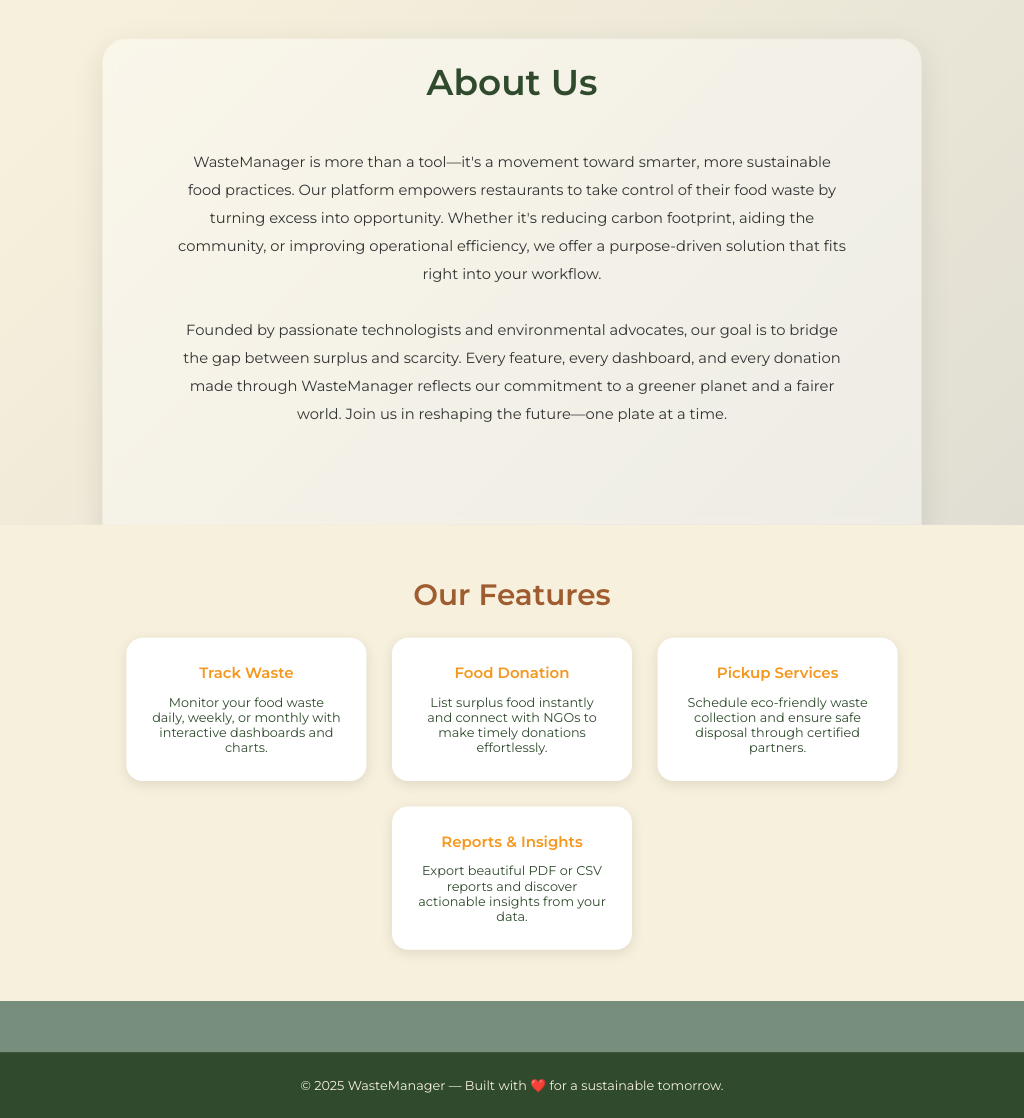
Repository: mahekagrawal25/restaurant-waste-management
Page: frontend/website_landing.html
An editor plug-in stored every save of this project. The page is shown before and after the next save, followed by the edit.
The browser window is 1280 px wide. The pictures show the part of the page from y = 609 to 2058 px (the page is 2007 px tall before and 2058 px after), at 80% of full size.
A picture or video elsewhere on the page could not be fetched, so the positions and the page height are approximate.

Above is the page before, as saved 2025-04-21 10:41:57.

### frontend/website_landing.html
<!DOCTYPE html>
<html lang="en">
<head>
  <meta charset="UTF-8"/>
  <meta name="viewport" content="width=device-width, initial-scale=1.0"/>
  <title>WasteManager | Smart Waste Solutions</title>
  <link href="https://fonts.googleapis.com/css2?family=Montserrat:wght@400;600&display=swap" rel="stylesheet"/>
  <style>
    :root {
      --forest-green: #2F4A2C;
      --sage-green: #788E7D;
      --cream: #F7F0DC;
      --terracotta: #9E5C30;
      --bright-orange: #F5971D;
    }

    * {
      margin: 0;
      padding: 0;
      box-sizing: border-box;
      scroll-behavior: smooth;
    }

    body {
      font-family: 'Montserrat', sans-serif;
      background-color: var(--sage-green);
      color: var(--forest-green);
      overflow-x: hidden;
    }

    header {
      background-color: var(--forest-green);
      color: var(--cream);
      padding: 1.5rem 3rem;
      display: flex;
      justify-content: space-between;
      align-items: center;
      position: sticky;
      top: 0;
      z-index: 999;
      box-shadow: 0 4px 10px rgba(0,0,0,0.15);
      animation: slideDown 1s ease-out forwards;
    }

    nav a {
      margin: 0 1rem;
      color: var(--cream);
      text-decoration: none;
      font-weight: 500;
      transition: color 0.3s;
    }

    nav a:hover {
      color: var(--bright-orange);
    }

    .hero {
      display: flex;
      flex-wrap: wrap;
      justify-content: center;
      align-items: center;
      background-color: var(--cream);
      padding: 4rem 2rem;
      animation: fadeIn 1.5s ease;
    }

    .hero-text {
      flex: 1 1 500px;
      padding: 2rem;
    }

    .hero-text h1 {
      font-size: 3rem;
      color: var(--terracotta);
      margin-bottom: 1rem;
    }

    .hero-text p {
      font-size: 1.2rem;
      margin-bottom: 2rem;
      color: var(--forest-green);
    }

    .cta-button {
      background-color: var(--bright-orange);
      color: white;
      padding: 1rem 2rem;
      border: none;
      border-radius: 12px;
      font-size: 1rem;
      font-weight: bold;
      cursor: pointer;
      transition: transform 0.3s ease, background-color 0.3s;
    }

    .cta-button:hover {
      background-color: var(--terracotta);
      transform: scale(1.05);
    }

    .hero-image {
      flex: 1 1 400px;
      padding: 2rem;
      animation: zoomIn 1.8s ease;
    }

    .hero-image img {
      max-width: 100%;
      border-radius: 20px;
      box-shadow: 0 8px 20px rgba(0, 0, 0, 0.15);
    }

    .about {
  background: linear-gradient(135deg, #F7F0DC 10%, #e0ded3 100%);
  padding: 6rem 2rem;
  text-align: center;
  position: relative;
  overflow: hidden;
}

.about::before {
  content: '';
  position: absolute;
  top: 10%;
  left: 50%;
  width: 80%;
  height: 100%;
  background: rgba(255, 255, 255, 0.4);
  backdrop-filter: blur(6px);
  border-radius: 30px;
  transform: translateX(-50%);
  z-index: 1;
  box-shadow: 0 10px 40px rgba(0, 0, 0, 0.1);
}

.about h2 {
  position: relative;
  z-index: 2;
  color: var(--forest-green);
  font-size: 2.8rem;
  margin-bottom: 2rem;
}

.about p {
  position: relative;
  z-index: 2;
  max-width: 900px;
  margin: auto;
  font-size: 1.15rem;
  line-height: 1.9;
  color: #333;
  padding: 1.5rem 2rem;
}


    .features {
      background-color: var(--cream);
      padding: 4rem 2rem;
      text-align: center;
      animation: fadeIn 2s ease;
    }

    .features h2 {
      color: var(--terracotta);
      margin-bottom: 2rem;
      font-size: 2.3rem;
    }

    .cards {
      display: flex;
      flex-wrap: wrap;
      justify-content: center;
      gap: 2rem;
    }

    .card {
      background-color: white;
      border-radius: 20px;
      width: 300px;
      padding: 2rem;
      box-shadow: 0 4px 16px rgba(0,0,0,0.1);
      transition: transform 0.3s, box-shadow 0.3s;
    }

    .card:hover {
      transform: translateY(-10px);
      box-shadow: 0 6px 20px rgba(0, 0, 0, 0.2);
    }

    .card h3 {
      color: var(--bright-orange);
      margin-bottom: 1rem;
    }

    .card p {
      color: var(--forest-green);
      font-size: 1rem;
    }

    footer {
      background-color: var(--forest-green);
      color: var(--cream);
      text-align: center;
      padding: 2rem 1rem;
      margin-top: 4rem;
    }

    /* Animations */
    @keyframes slideDown {
      from { transform: translateY(-100%); opacity: 0; }
      to { transform: translateY(0); opacity: 1; }
    }

    @keyframes fadeIn {
      from { opacity: 0; }
      to { opacity: 1; }
    }

    @keyframes fadeInUp {
      from { transform: translateY(50px); opacity: 0; }
      to { transform: translateY(0); opacity: 1; }
    }

    @keyframes zoomIn {
      0% { transform: scale(0.8); opacity: 0; }
      100% { transform: scale(1); opacity: 1; }
    }

    @media (max-width: 768px) {
      .hero {
        flex-direction: column-reverse;
        text-align: center;
      }

      .cards {
        flex-direction: column;
        align-items: center;
      }
    }


    .signin-btn {
  background-color: var(--bright-orange);
  padding: 0.5rem 1rem;
  border-radius: 10px;
  font-weight: 600;
  color: white;
  transition: background-color 0.3s ease;
}

.signin-btn:hover {
  background-color: var(--terracotta);
}



  </style>
</head>
<body>

  <header>
    <div class="logo"><h2>WasteManager</h2></div>
    <nav>
      <a href="#">Home</a>
      <a href="#about">About</a>
      <a href="#features">Features</a>
      <a href="#contact">Contact</a>
      <a href="#signin" class="signin-btn">Sign In</a>
    </nav>
  </header>


  <section class="hero">
    <div class="hero-text">
      <h1>Smart Waste Management for Restaurants</h1>
      <p>Track, donate, and manage food waste efficiently with our intuitive and eco-friendly platform.</p>
      <button class="cta-button">Get Started</button>
    </div>
    <div class="hero-image">
      <img src="https://images.unsplash.com/photo-1556911220-bff31c812dba" alt="Food Waste"/>
    </div>
  </section>

  <section class="about" id="about">
    <h2>About Us</h2>
    <p>
      WasteManager is more than a tool—it's a movement toward smarter, more sustainable food practices. Our platform empowers restaurants to take control of their food waste by turning excess into opportunity. Whether it's reducing carbon footprint, aiding the community, or improving operational efficiency, we offer a purpose-driven solution that fits right into your workflow.<br/><br/>
      Founded by passionate technologists and environmental advocates, our goal is to bridge the gap between surplus and scarcity. Every feature, every dashboard, and every donation made through WasteManager reflects our commitment to a greener planet and a fairer world. Join us in reshaping the future—one plate at a time.
    </p>
  </section>


  <section class="features" id="features">
    <h2>Our Features</h2>
    <div class="cards">
      <div class="card">
        <h3>Track Waste</h3>
        <p>Monitor your food waste daily, weekly, or monthly with interactive dashboards and charts.</p>
      </div>
      <div class="card">
        <h3>Food Donation</h3>
        <p>List surplus food instantly and connect with NGOs to make timely donations effortlessly.</p>
      </div>
      <div class="card">
        <h3>Pickup Services</h3>
        <p>Schedule eco-friendly waste collection and ensure safe disposal through certified partners.</p>
      </div>
      <div class="card">
        <h3>Reports & Insights</h3>
        <p>Export beautiful PDF or CSV reports and discover actionable insights from your data.</p>
      </div>
    </div>
  </section>

  <footer id="contact">
    <p>&copy; 2025 WasteManager — Built with ❤️ for a sustainable tomorrow.</p>
  </footer>

</body>
</html>

After the next save:
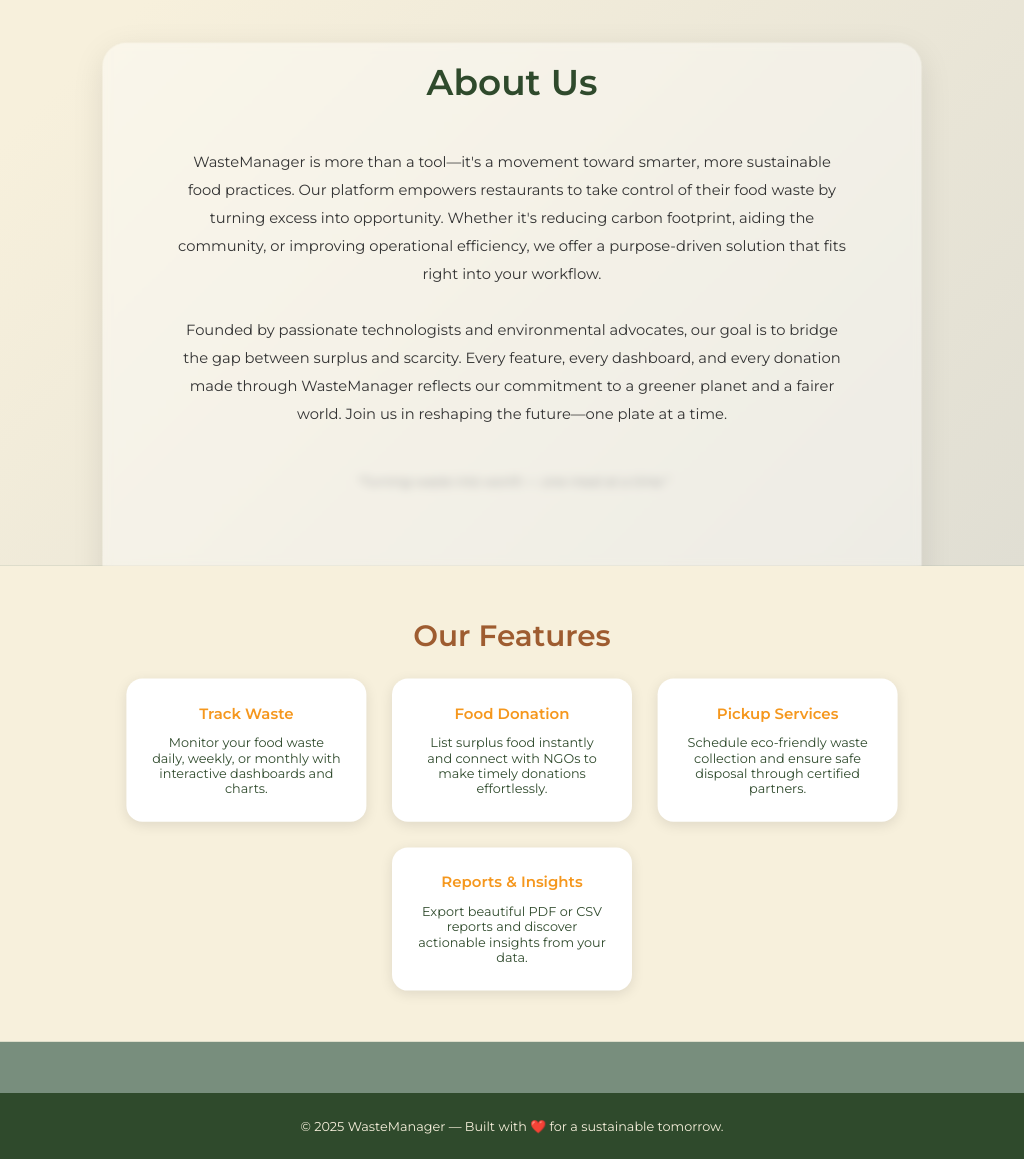
Saved 42 s later.
--- a/frontend/website_landing.html
+++ b/frontend/website_landing.html
@@ -287,6 +287,12 @@
       WasteManager is more than a tool—it's a movement toward smarter, more sustainable food practices. Our platform empowers restaurants to take control of their food waste by turning excess into opportunity. Whether it's reducing carbon footprint, aiding the community, or improving operational efficiency, we offer a purpose-driven solution that fits right into your workflow.<br/><br/>
       Founded by passionate technologists and environmental advocates, our goal is to bridge the gap between surplus and scarcity. Every feature, every dashboard, and every donation made through WasteManager reflects our commitment to a greener planet and a fairer world. Join us in reshaping the future—one plate at a time.
     </p>
+
+
+    <blockquote style="margin-top: 2rem; font-style: italic; color: #555; font-weight: 500;">
+      "Turning waste into worth — one meal at a time."
+    </blockquote>
+
   </section>
 
 
